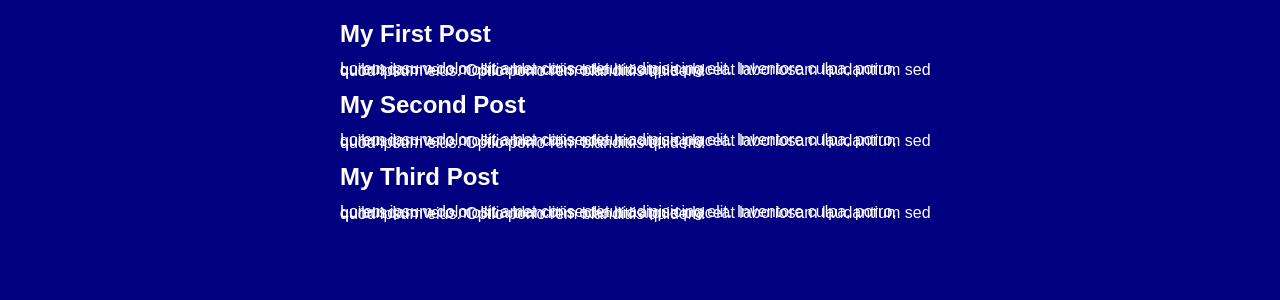
Repository: RaquelAlvarezz/example-app
Page: http://localhost/
An editor plug-in stored every save of this project. The page is shown before and after the next save, followed by the edit.
The browser window is 1280 px wide. The pictures show the whole page.
The page is served by the project's Laravel application, run on PHP 8.4 with Laravel 8.

Above is the page before, as saved 2022-02-10 14:37:37.

After the next save:
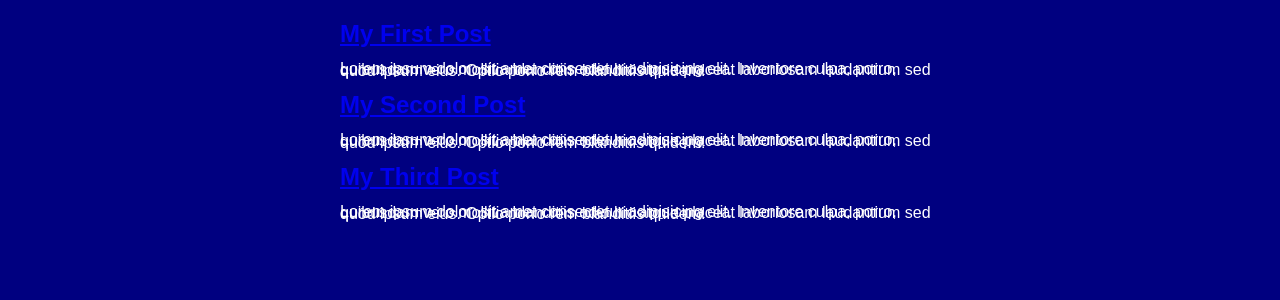
Saved 66 s later.
--- a/resources/views/post.blade.php
+++ b/resources/views/post.blade.php
@@ -10,16 +10,16 @@
 </head>
 <body>
    <article>
-       <h1><a href="/post"></a>My First Post</h1>
+       <h1><a href="/post">My First Post</a></h1>
 <p>Lorem ipsum dolor, sit amet consectetur adipisicing elit. Inventore culpa, porro, quibusdam vero mollitia blanditiis odio hic atque placeat laboriosam laudantium sed quod ipsum eius. Optio porro rem blanditiis quidem!</p>
    </article>
 
    <article>
-       <h1>My Second Post</h1>
+       <h1><a href="/post">My Second Post</a></h1>
 <p>Lorem ipsum dolor, sit amet consectetur adipisicing elit. Inventore culpa, porro, quibusdam vero mollitia blanditiis odio hic atque placeat laboriosam laudantium sed quod ipsum eius. Optio porro rem blanditiis quidem!</p>
    </article>
    <article>
-       <h1>My Third Post</h1>
+       <h1><a href="/post">My Third Post</a></h1>
 <p>Lorem ipsum dolor, sit amet consectetur adipisicing elit. Inventore culpa, porro, quibusdam vero mollitia blanditiis odio hic atque placeat laboriosam laudantium sed quod ipsum eius. Optio porro rem blanditiis quidem!</p>
    </article>
 </body>
